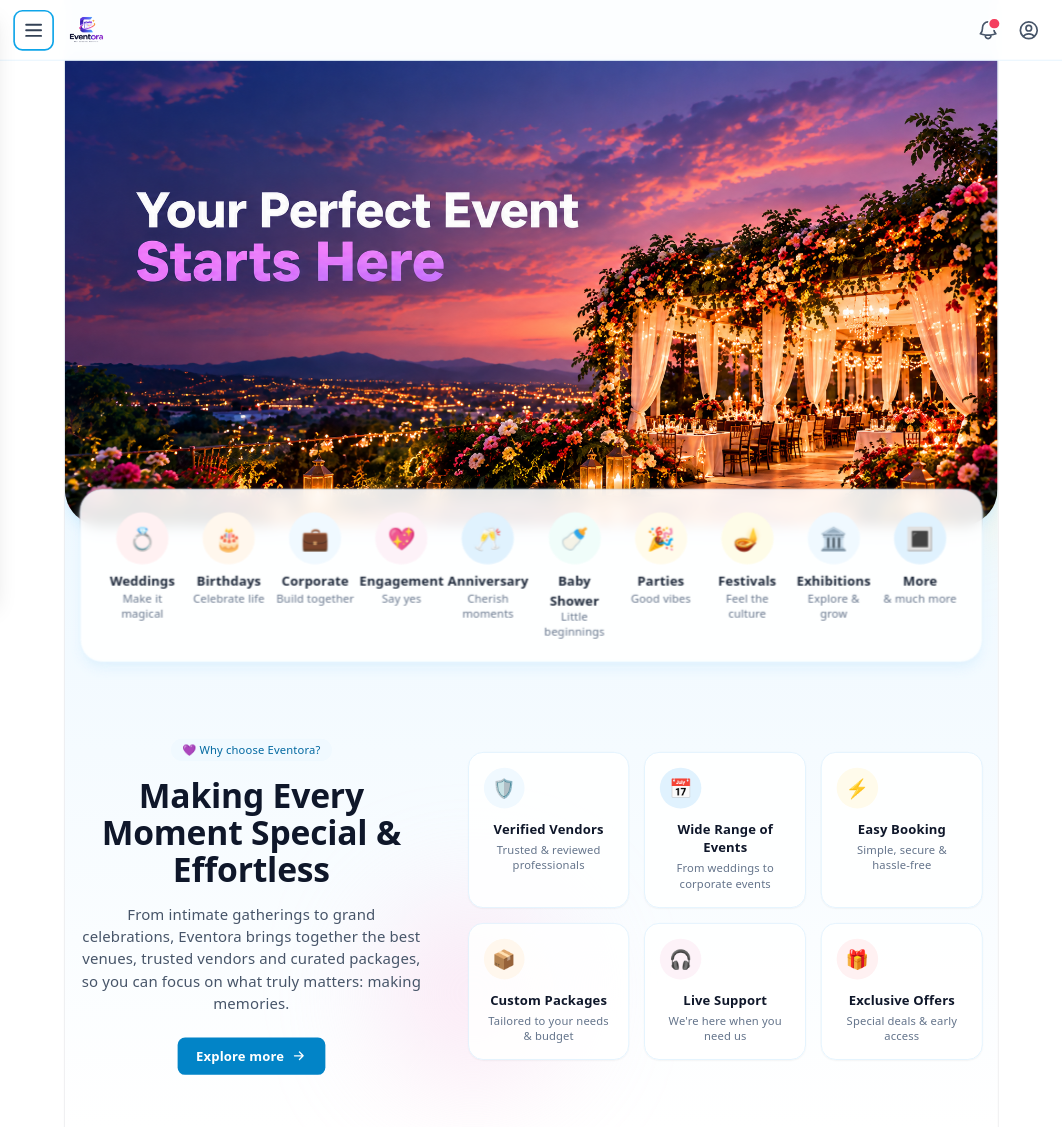
Repository: piyush-2416/Events_Handler
Page: / (app in frontend/)
These files come from the project's save history. The page is drawn as it stood at one moment and after the next save; the edit follows.
The browser window is 1280 px wide. The pictures show the whole page, at 83% of full size.
Some web libraries are served in a nearby version. The project was rebuilt for these pictures with package versions that can differ from the ones it lists, and the page was loaded fresh each time. Also part of the build but not shown: frontend/vite.config.js.

Above is the page before, as saved 2026-10-06 23:26:15.

After the next save:
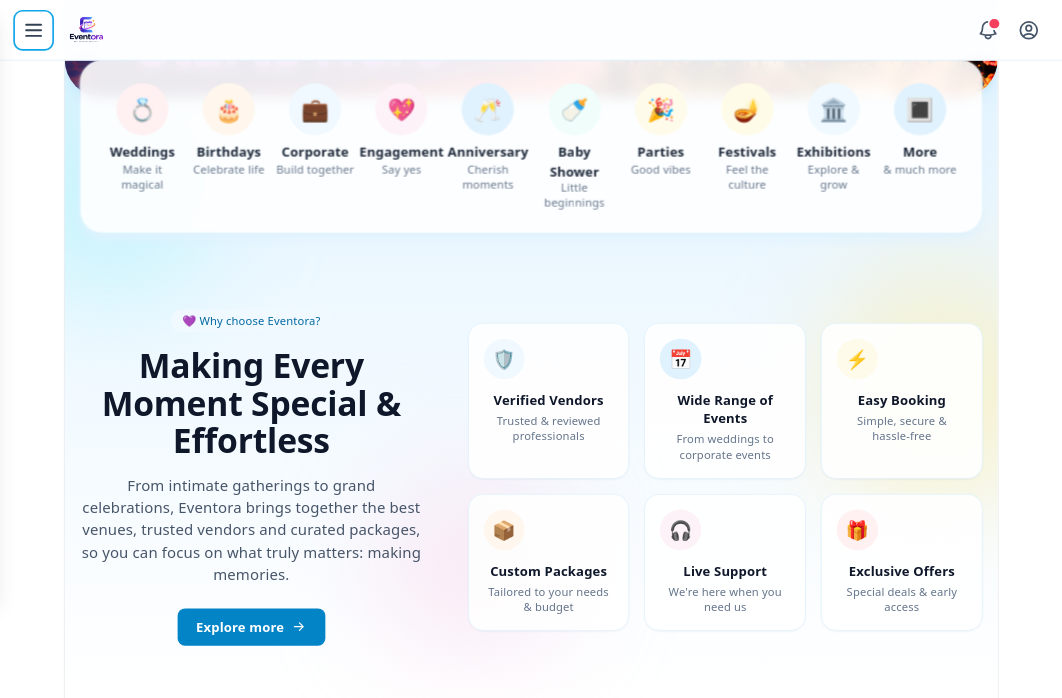
Saved 44 s later.
--- a/frontend/src/App.jsx
+++ b/frontend/src/App.jsx
@@ -37,7 +37,7 @@
       <img
         src="/Project_main_Image.png"
         alt="Your Perfect Event Starts Here"
-        className="block shadow-lg shadow-sky-200/60 rounded-b-3xl sm:rounded-b-[2.5rem] w-full h-10rem object-cover"
+        className="block shadow-lg shadow-sky-200/60 rounded-b-3xl sm:rounded-b-[2.5rem] w-full h-10 object-cover"
         fetchpriority="high"
       />
     </section>

After the save that followed:
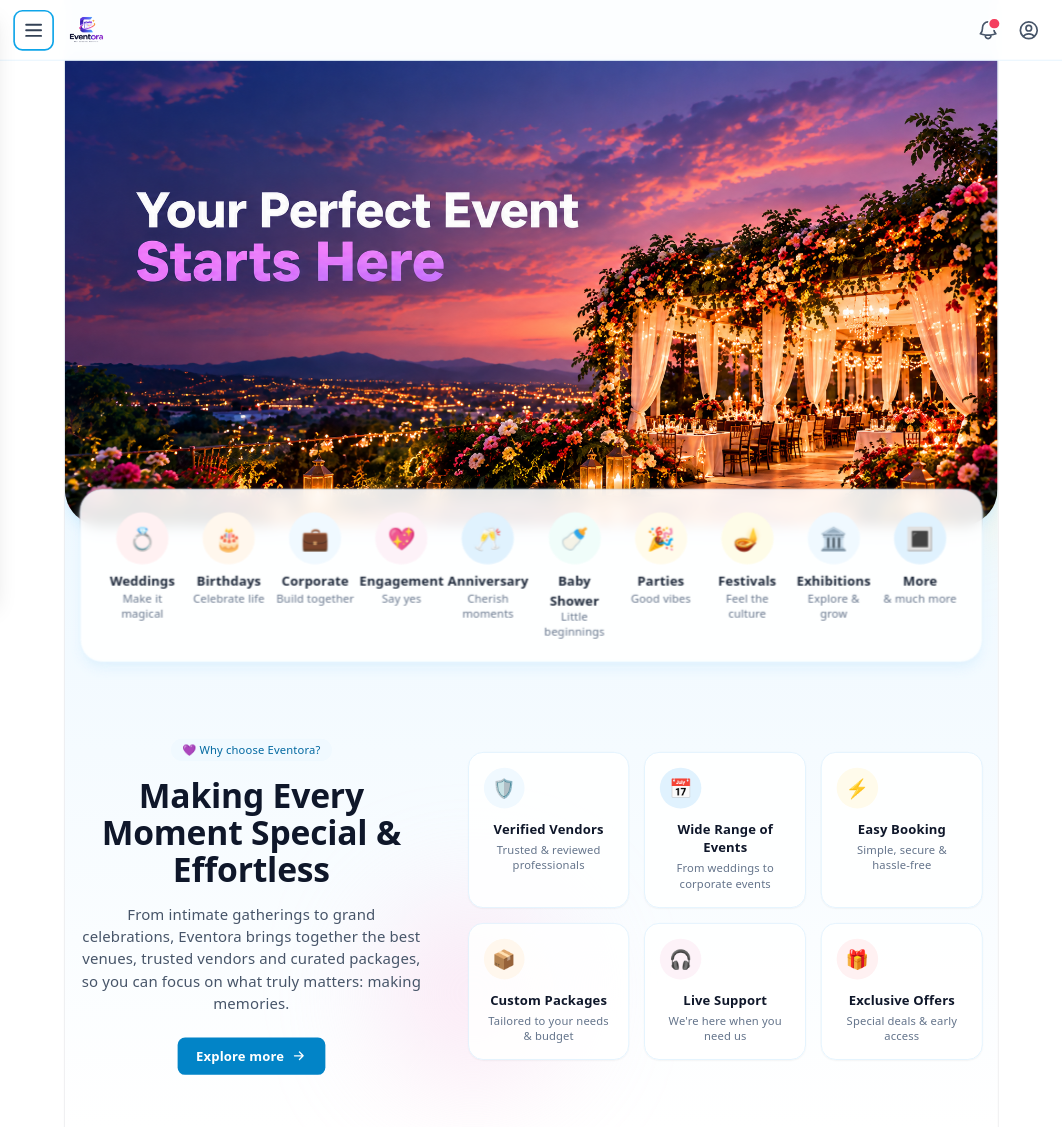
Saved 10 s later.
--- a/frontend/src/App.jsx
+++ b/frontend/src/App.jsx
@@ -37,7 +37,7 @@
       <img
         src="/Project_main_Image.png"
         alt="Your Perfect Event Starts Here"
-        className="block shadow-lg shadow-sky-200/60 rounded-b-3xl sm:rounded-b-[2.5rem] w-full h-10 object-cover"
+        className="block shadow-lg shadow-sky-200/60 rounded-b-3xl sm:rounded-b-[2.5rem] w-full h-50 object-cover"
         fetchpriority="high"
       />
     </section>
